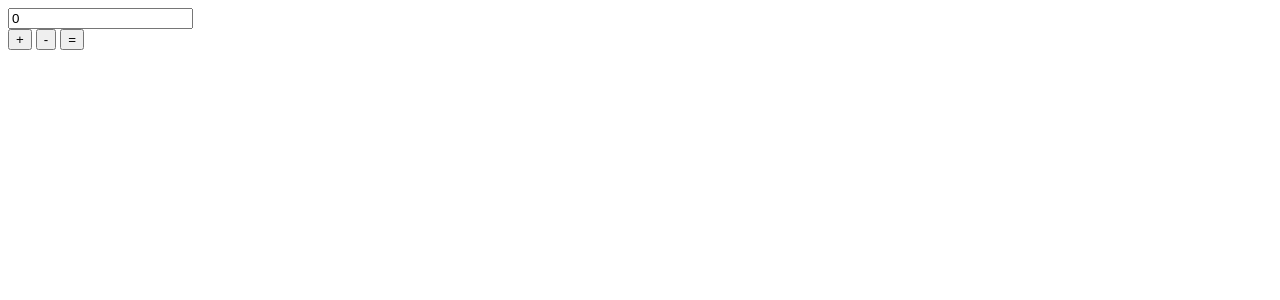
Repository: rkgh17/JAVA_EE_edu
Page: workspace/ServletProject/src/main/webapp/Status/calculator-application.html
The author's editor kept a copy of each file at every save. The page is drawn from the files as they stood at one save, then again after the next save.
The browser window is 1280 px wide. The pictures show the whole page.

Above is the page before, as saved 2022-09-05 07:12:22.

After the next save:
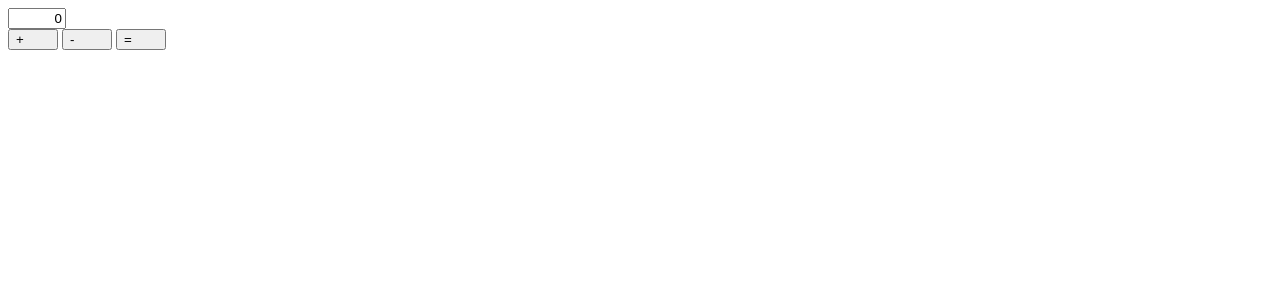
Saved 46 s later.
--- a/workspace/ServletProject/src/main/webapp/Status/calculator-application.html
+++ b/workspace/ServletProject/src/main/webapp/Status/calculator-application.html
@@ -1,8 +1,18 @@
 <!DOCTYPE html>
 <html>
 <head>
-<meta charset="UTF-8">
-<title>cal_app</title>
+	<meta charset="UTF-8">
+	<title>cal_app</title>
+	<style>
+		.box{
+		width:50px;
+		text-align:right;
+		}
+		.button{
+		width:50px;
+		text-align:justify;
+		}
+	</style>
 </head>
 <body>
 	<form>
